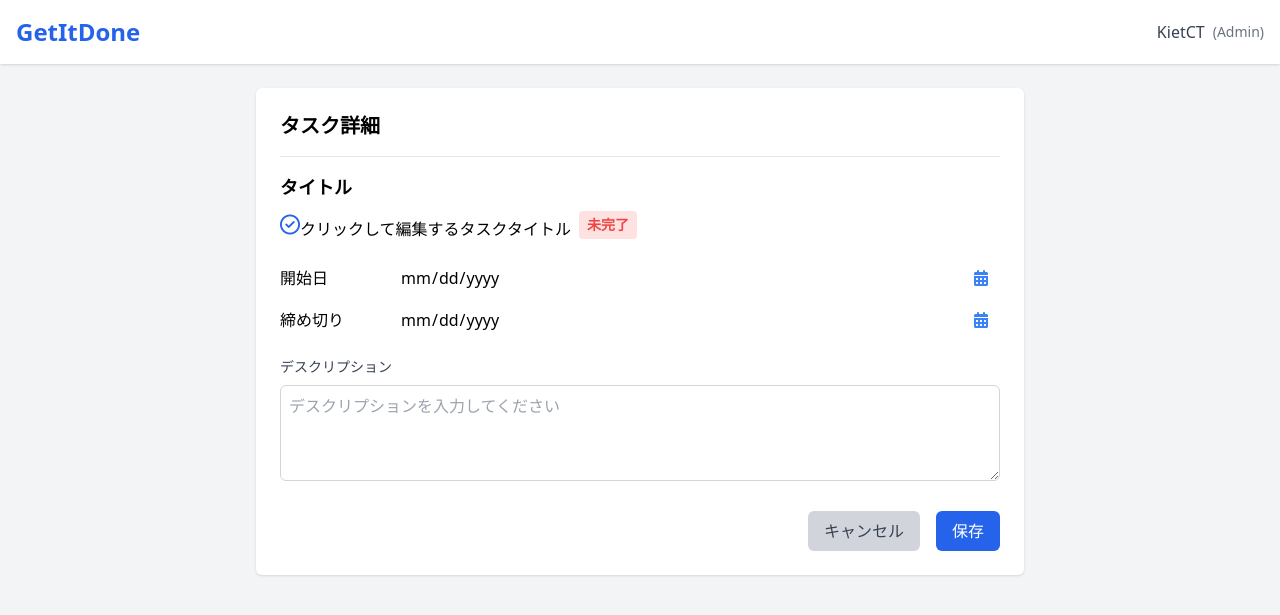
Repository: TuanAnhNguyen723/todolist
Page: detail/detail.html
An editor plug-in stored every save of this project. The page is shown before and after the next save, followed by the edit.
The browser window is 1280 px wide. The pictures show the whole page.
Some web libraries are served in a nearby version.

Above is the page before, as saved 2024-09-25 10:34:25.

### detail/detail.html
<!DOCTYPE html>
<html lang="ja">
  <head>
    <meta charset="UTF-8" />
    <meta name="viewport" content="width=device-width, initial-scale=1.0" />
    <title>タスク詳細 - GetItDone</title>
    <script src="https://cdn.tailwindcss.com"></script>
    <link
      rel="stylesheet"
      href="https://cdnjs.cloudflare.com/ajax/libs/font-awesome/6.6.0/css/all.min.css"
    />
    <style>
      /* Ẩn icon mặc định của input date */
      input[type="date"]::-webkit-calendar-picker-indicator {
        display: none;
      }

      /* Bố trí lại input với icon lịch */
      .date-container {
        position: relative;
        display: inline-block;
        width: 100%;
      }

      .date-container input {
        width: 100%;
        padding-right: 2.5rem; /* Để dành chỗ cho icon */
      }

      .date-container i {
        position: absolute;
        right: 0.75rem;
        top: 50%;
        transform: translateY(-50%);
        pointer-events: none; /* Không ảnh hưởng khi click */
        color: #3b82f6;
      }

      /* Ẩn input mặc định */
      #titleInput {
        display: none;
      }
    </style>
  </head>
  <body class="bg-gray-100 font-sans">
    <!-- Header -->
    <header class="bg-white shadow p-4">
      <div class="max-w-7xl mx-auto flex justify-between items-center">
        <h1 class="text-2xl font-bold text-blue-600">GetItDone</h1>
        <div class="flex items-center">
          <span class="text-gray-700">KietCT</span>
          <span class="text-sm text-gray-500 ml-2">(Admin)</span>
        </div>
      </div>
    </header>

    <!-- Task Details -->
    <div class="max-w-3xl mx-auto mt-6 p-6 bg-white shadow rounded-md">
      <h2 class="text-xl font-bold mb-4">タスク詳細</h2>

      <div class="border-t pt-4">
        <!-- Title and Status -->
        <div class="mb-6">
          <h3 class="text-lg font-semibold">タイトル</h3>
          <div class="flex items-center space-x-2 mt-2">
            <label class="inline-flex items-center">
              <i class="fa-regular fa-circle-check text-blue-600 text-xl"></i>
              <div class="mt-2">
                <span id="titleText" ondblclick="editTitle()">クリックして編集するタスクタイトル</span>
                <input
                  type="text"
                  id="titleInput"
                  class="border border-gray-300 rounded-md p-2"
                  value="クリックして編集するタスクタイトル"
                  onblur="saveTitle()"
                />
              </div>
            </label>
            <span
              class="text-red-500 font-bold text-sm px-2 py-1 rounded bg-red-100"
              >未完了</span
            >
          </div>

          <!-- Chỉnh sửa tiêu đề -->

        </div>

        <!-- Dates -->
        <div class="grid grid-rows-2 gap-4 mb-6">
          <div class="flex items-center">
            <div style="width: 20%;">開始日</div>
            <div class="date-container">
              <input
                type="date"
                class="form-control shadow-none"
                name="checkin"
                id="startDateInput"
                required=""
              />
              <i class="fas fa-calendar-alt"></i>
            </div>
          </div>
          <div class="flex items-center">
            <div style="width: 20%;">締め切り</div>
            <div class="date-container">
              <input
                type="date"
                class="form-control shadow-none"
                name="checkin"
                id="endDateInput"
                required=""
              />
              <i class="fas fa-calendar-alt"></i>
            </div>
          </div>
        </div>

        <!-- Description -->
        <div class="mb-6">
          <label class="block text-sm text-gray-700" for="description"
            >デスクリプション</label
          >
          <textarea
            id="description"
            class="w-full h-24 mt-2 p-2 border border-gray-300 rounded-md"
            placeholder="デスクリプションを入力してください"
          ></textarea>
        </div>

        <!-- Buttons -->
        <div class="flex justify-end space-x-4">
          <button class="px-4 py-2 bg-gray-300 text-gray-700 rounded-md">
            キャンセル
          </button>
          <button class="px-4 py-2 bg-blue-600 text-white rounded-md">
            保存
          </button>
        </div>
      </div>
    </div>

    <script>
      function editTitle() {
        document.getElementById("titleText").style.display = "none";
        document.getElementById("titleInput").style.display = "inline-block";
        document.getElementById("titleInput").focus();
      }

      function saveTitle() {
        const input = document.getElementById("titleInput");
        const text = document.getElementById("titleText");
        text.textContent = input.value;
        input.style.display = "none";
        text.style.display = "inline";
      }
    </script>
  </body>
</html>

After the next save:
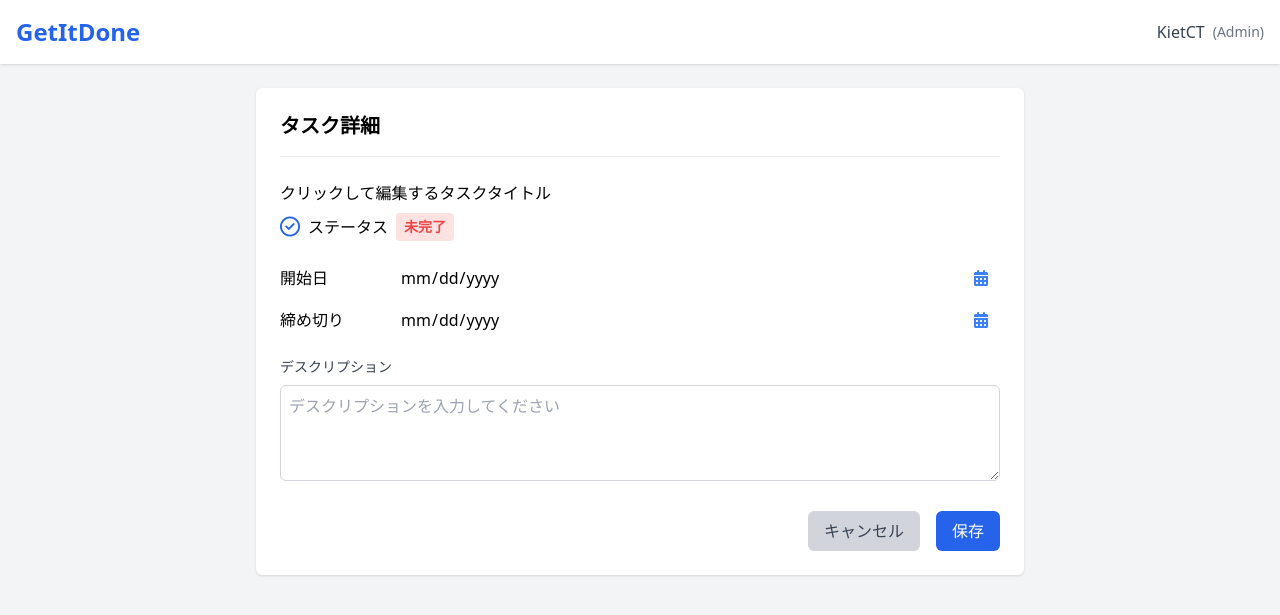
Saved 15 s later.
--- a/detail/detail.html
+++ b/detail/detail.html
@@ -61,20 +61,22 @@
       <div class="border-t pt-4">
         <!-- Title and Status -->
         <div class="mb-6">
-          <h3 class="text-lg font-semibold">タイトル</h3>
+          <div class="mt-2">
+            <span id="titleText" ondblclick="editTitle()"
+              >クリックして編集するタスクタイトル</span
+            >
+            <input
+              type="text"
+              id="titleInput"
+              class="border border-gray-300 rounded-md p-2"
+              value="クリックして編集するタスクタイトル"
+              onblur="saveTitle()"
+            />
+          </div>
           <div class="flex items-center space-x-2 mt-2">
             <label class="inline-flex items-center">
               <i class="fa-regular fa-circle-check text-blue-600 text-xl"></i>
-              <div class="mt-2">
-                <span id="titleText" ondblclick="editTitle()">クリックして編集するタスクタイトル</span>
-                <input
-                  type="text"
-                  id="titleInput"
-                  class="border border-gray-300 rounded-md p-2"
-                  value="クリックして編集するタスクタイトル"
-                  onblur="saveTitle()"
-                />
-              </div>
+              <span class="ml-2">ステータス</span>
             </label>
             <span
               class="text-red-500 font-bold text-sm px-2 py-1 rounded bg-red-100"
@@ -83,13 +85,12 @@
           </div>
 
           <!-- Chỉnh sửa tiêu đề -->
-
         </div>
 
         <!-- Dates -->
         <div class="grid grid-rows-2 gap-4 mb-6">
           <div class="flex items-center">
-            <div style="width: 20%;">開始日</div>
+            <div style="width: 20%">開始日</div>
             <div class="date-container">
               <input
                 type="date"
@@ -102,7 +103,7 @@
             </div>
           </div>
           <div class="flex items-center">
-            <div style="width: 20%;">締め切り</div>
+            <div style="width: 20%">締め切り</div>
             <div class="date-container">
               <input
                 type="date"
